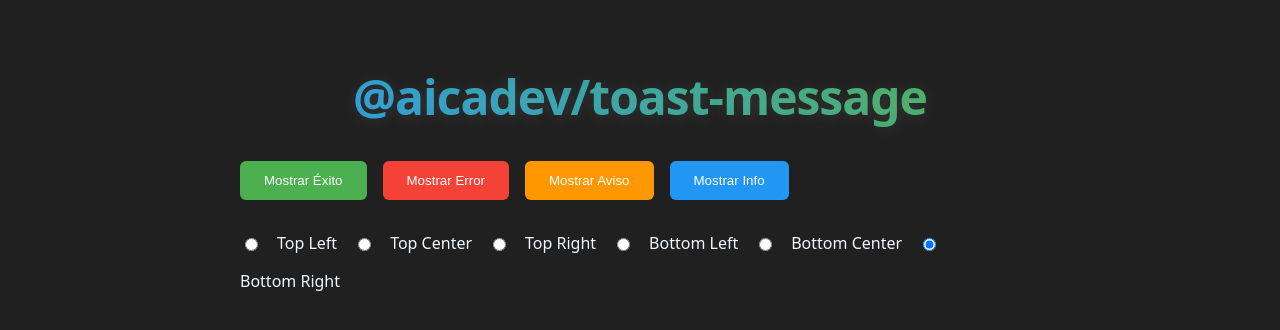
Repository: aitorcachero/aicadev-toast-message
Page: index.html
The author's editor kept a copy of each file at every save. The page is drawn from the files as they stood at one save, then again after the next save.
The browser window is 1280 px wide. The pictures show the whole page.

Above is the page before, as saved 2025-05-22 17:36:35.

After the next save:
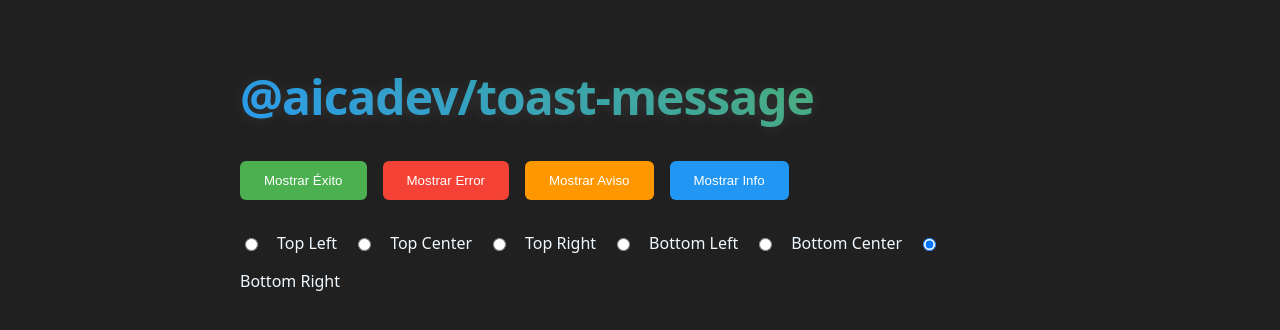
Saved 20 s later.
--- a/index.html
+++ b/index.html
@@ -21,7 +21,7 @@
       -webkit-background-clip: text;
       font-size: 3rem;
       font-weight: 800;
-      text-align: center;
+      text-align: start;
       margin-bottom: 2rem;
       animation: gradient 5s ease infinite;
       text-shadow: 0 2px 15px rgba(255, 255, 255, 0.1);
@@ -32,9 +32,11 @@
       0% {
         background-position: 0% 50%;
       }
+
       50% {
         background-position: 100% 50%;
       }
+
       100% {
         background-position: 0% 50%;
       }
